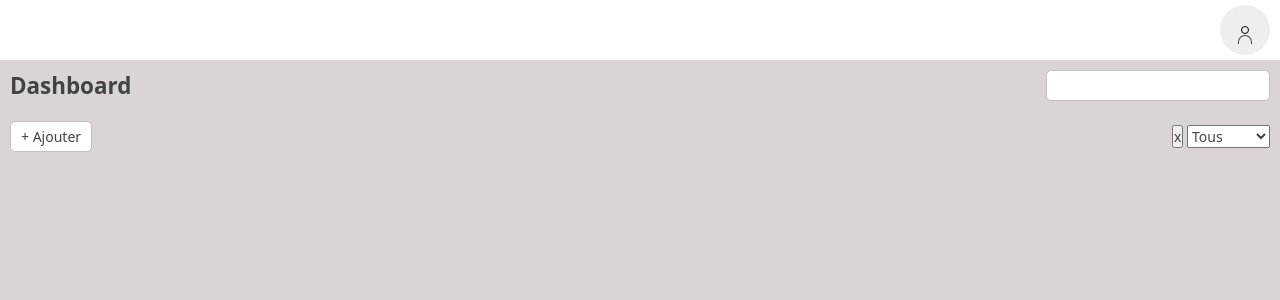
Repository: zpaulange/task_manager
Page: dashboard/index.html
An editor plug-in stored every save of this project. The page is shown before and after the next save, followed by the edit.
The browser window is 1280 px wide. The pictures show the whole page.

Above is the page before, as saved 2025-03-06 14:59:01.

### dashboard/index.html
<!DOCTYPE html>
<html lang="en">
<head>
    <meta charset="UTF-8">
    <meta name="viewport" content="width=device-width, initial-scale=1.0">
    <link rel="stylesheet" href="../assets/styles/dashboard/style.css">
    <title>Document</title>
</head>
<body>
  <section class="dashboard">
    <div class="dashboard_right">
      <nav class="dashbaord_nav">
        <a href="#" class="dashbaord_nav_avatar">
          <span></span>
        </a>
      </nav>
      <main class="main">
        <div class="main_header">
          <h1 class="main_header_title">Dashboard</h1>
          <input type="search" name="search" class=" main_header_search">
        </div>
        <div class="main_header_actions">
          <div class="main_header_actions_left">
            <button class="main_header_actions_btn">+ Ajouter</button>
          </div>
          <div class="main_header_actions_right">
            <button class="main_header_actions_right_btnDel">x</button>
            <select name="filter" id="">
              <option value="0">Tous</option>
              <option value="1">En cours</option>
              <option value="2">Annulés</option>
              <option value="3">Terminés</option>
            </select>
          </div>
        </div>
        <!-- <section class="box box-center">

        </section> -->
      </main>
    </div>
  </section>

</body>
</html>

### assets/styles/dashboard/style.css
*{
  margin:0;
  padding:0;
  box-sizing: border-box;
  position:relative;
  font-family: system-ui, sans-serif;
  font-size: 14px;
  color:#434343;
}
body{
  overflow-x: hidden;
}
a{
  text-decoration: none;
}
a:active, a:hover{
  color:#434343;
}
img{
  width: 100%;
  height: auto;
}
ul li{
  list-style: none;
}
input[type="search"],
input[type="text"],
input[type="date"]{
  padding:5px 10px;
  border-radius:5px;
  border:1px solid silver
}
input:focus{
  outline: none;
}

.dashboard{
  min-height: 100vh;
  background-color: #dbd4d4;
}

.dashboard_right{
  min-height: 100vh;
}
.dashbaord_nav{
  background-color: #fff;
  padding:5px 10px;
  display: flex;
  align-items:center;
  justify-content: flex-end;
  z-index: 1000;
  position: sticky;
  top:0;
  left:0;
}
.dashbaord_nav_avatar{
  display: flex;
  align-items: center;
  justify-content: center;
  height:50px;
  width: 50px;
  border-radius:50%;
  background-color: #eee;

}
.dashbaord_nav_avatar span{
  display: inline-block;
  height: 8px;
  width: 8px;
  border-radius:50%;
  border:1px solid #000
}
.dashbaord_nav_avatar span:before{
  content:'';
  position: absolute;
  height: 8px;
  width: 12px;
  border:1px solid;
  left:50%;
  transform: translateX(-50%);
  top:8px;
  border-bottom: none;
  border-top-left-radius: 10px;
  border-top-right-radius: 10px;
}

.main{
  padding:10px;
}
.main_header_title{
  font-size: 1.6rem;
}
.box{
  min-height: calc(100vh - 100px);
  background-color: #fff;
  border-radius:5px;
  padding:10px;
}
.box.box-center{
  display: flex;
  align-items:center;
  justify-content: center;
}

.main_header{
  display: flex;
  justify-content: space-between;
  align-items:center;
  margin-bottom:20px;
}
.main_header_actions{
  display: flex;
  justify-content: space-between;
  align-items:center;
}
.main_header_actions_btn{
  padding:5px 10px;
  border-radius:5px;
  border:1px solid silver;
  background-color: #fff;
  cursor: pointer;
  transition: .2s;
}
.main_header_actions_btn:hover{
  background-color:blue;
  color:#fff;
}

After the next save:
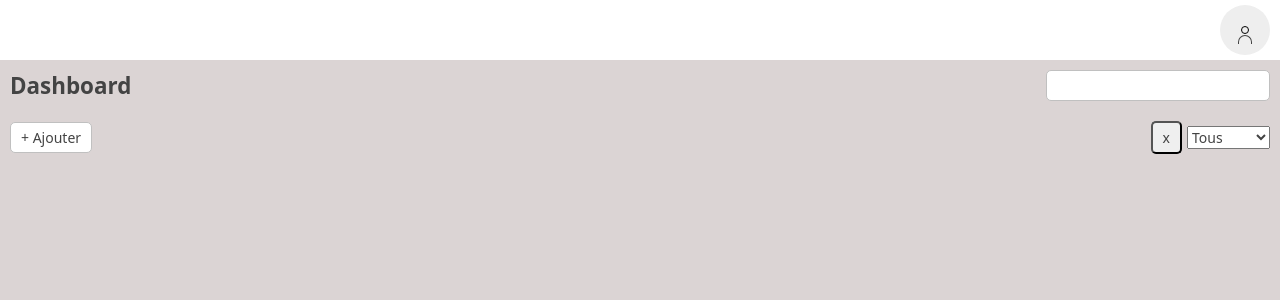
Saved 19 s later.
--- a/assets/styles/dashboard/style.css
+++ b/assets/styles/dashboard/style.css
@@ -125,3 +125,12 @@ input:focus{
   background-color:blue;
   color:#fff;
 }
+.main_header_actions_right{
+  display: flex;
+  align-items:center;
+  gap:5px;
+}
+.main_header_actions_right_btnDel{
+  padding:5px 10px;
+  border-radius:5px;
+}
